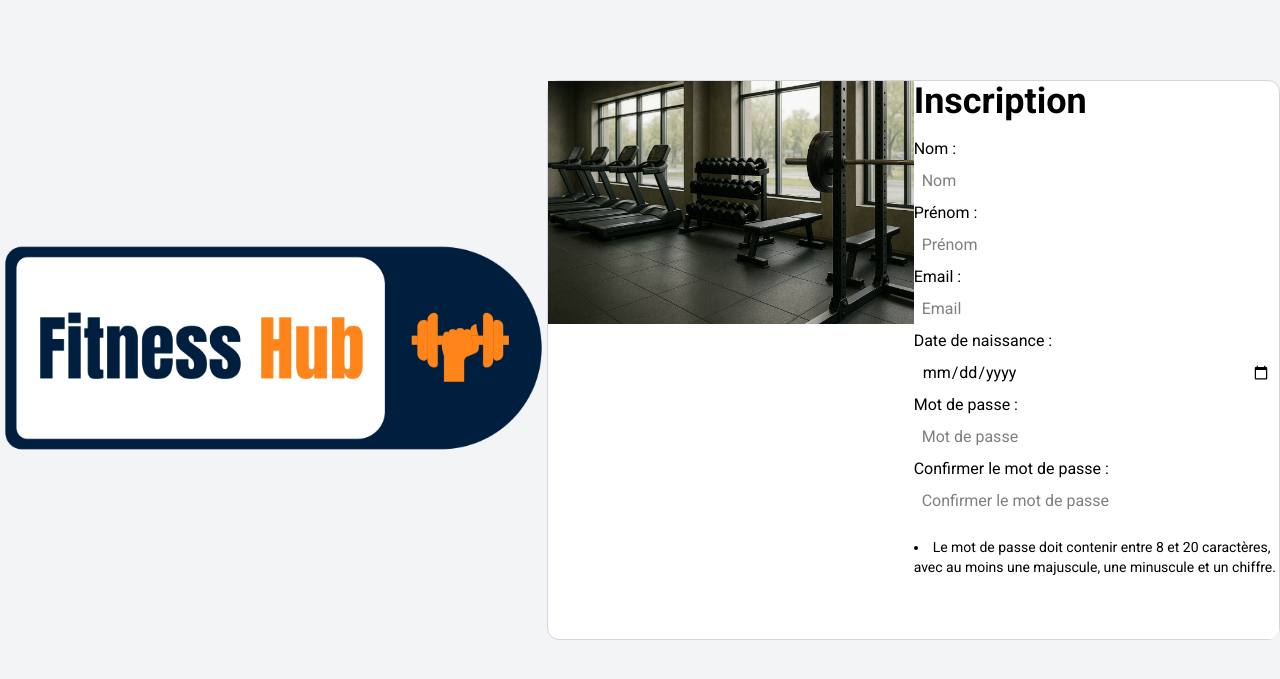
Repository: fahchouchsm/clubSportifWeb
Page: src/pages/inscription.html
These files come from the project's save history. The page is drawn as it stood at one moment and after the next save; the edit follows.
The browser window is 1280 px wide. The pictures show the whole page.

Above is the page before, as saved 2025-04-19 17:53:00.

### src/pages/inscription.html
<!doctype html>
<html lang="fr">
  <head>
    <meta charset="UTF-8" />
    <meta name="viewport" content="width=device-width, initial-scale=1.0" />
    <link href="../css/output.css" rel="stylesheet" />
    <link rel="stylesheet" href="../css/main.css" />
    <link rel="stylesheet" href="../css/style.css" />
    <title>Inscription</title>
  </head>
  <body>
    <div
      class="flex h-screen w-screen items-center justify-center bg-gray-100 px-24"
    >
      <a href="#" class="mb-6 text-2xl font-semibold text-gray-900">
        <img
          class="max-w-64"
          src="../public/logo/png/logo-no-background.png"
          alt="logo"
        />
      </a>
      <main
        class="mx-auto flex rounded-xl border border-gray-300 bg-white shadow-lg shadow-gray-400"
      >
        <img
          src="../public/imgs/salleInterieur.jpeg"
          class="h-full w-1/2 rounded-s-lg object-cover"
          alt="Image salle"
        />

        <form
          action="../php/inscription.php"
          method="post"
          class="flex w-1/2 flex-col gap-4 px-8 pt-8"
        >
          <h1 class="text-4xl font-bold">Inscription</h1>

          <!-- inputs -->
          <div class="grid w-full grid-cols-2 gap-4">
            <!-- Nom -->
            <div>
              <label for="nom">Nom :</label>
              <input
                class="input-style"
                type="text"
                name="nom"
                id="nom"
                placeholder="Nom"
                pattern="[a-zA-Z ]{3,30}"
                required
              />
            </div>

            <!-- Prénom -->
            <div>
              <label for="prenom">Prénom :</label>
              <input
                type="text"
                class="input-style"
                name="prenom"
                placeholder="Prénom"
                pattern="[a-zA-Z ]{3,30}"
                id="prenom"
                required
              />
            </div>

            <!-- Email -->
            <div>
              <label for="email">Email :</label>
              <input
                type="email"
                class="input-style"
                name="email"
                placeholder="Email"
                id="email"
                pattern="[a-zA-Z0-9._%+-]+@[a-zA-Z0-9.-]+\.[a-zA-Z]{2,}"
                required
              />
            </div>

            <!-- Date de naissance -->
            <div>
              <label for="date_naissance">Date de naissance :</label>
              <input
                type="date"
                class="input-style"
                name="date_naissance"
                id="date_naissance"
                required
              />
            </div>

            <!-- Mot de passe -->
            <div>
              <label for="pass">Mot de passe :</label>
              <input
                class="input-style"
                type="password"
                name="motdepasse"
                id="pass"
                placeholder="Mot de passe"
                pattern="^(?=.*[a-z])(?=.*[A-Z])(?=.*\d).{8,20}$"
                required
              />
            </div>

            <!-- Confirmation mot de passe -->
            <div>
              <label for="confPass">Confirmer le mot de passe :</label>
              <input
                type="password"
                class="input-style"
                placeholder="Confirmer le mot de passe"
                pattern="^(?=.*[a-z])(?=.*[A-Z])(?=.*\d).{8,20}$"
                id="confPass"
                required
              />
            </div>
          </div>

          <!-- 🤓 Tips -->
          <span class="text-sm text-gray-500">
            <li>
              Le mot de passe doit contenir entre 8 et 20 caractères, avec au
              moins une majuscule, une minuscule et un chiffre.
            </li>
          </span>

          <span class="text-sm text-red-500" id="passwordError">
            Les mots de passe ne correspondent pas.
          </span>

          <button
            type="submit"
            class="mt-2 ml-auto rounded bg-gray-700 px-4 py-2 text-white hover:bg-gray-800"
          >
            S'inscrire
          </button>
        </form>
      </main>
    </div>

    <script>
      document.addEventListener("DOMContentLoaded", () => {
        const form = document.querySelector("form");
        const passInput = document.getElementById("pass");
        const confPassInput = document.getElementById("confPass");
        const errorSpan = document.getElementById("passwordError");

        errorSpan.style.display = "none";

        form.addEventListener("submit", (e) => {
          if (passInput.value !== confPassInput.value) {
            e.preventDefault();
            errorSpan.style.display = "inline";
          } else {
            errorSpan.style.display = "none";
          }
        });
      });
    </script>

    <script src="../js/style.js"></script>
  </body>
</html>

### src/css/main.css
@import url("https://fonts.googleapis.com/css2?family=Roboto:wght@400;700&display=swap");

body {
  font-family: "Roboto", sans-serif;
}

### src/css/style.css
/* styles.css */
.input-style {
  @apply block w-full rounded-lg border-2 border-gray-300 p-2 focus:border-blue-500 focus:outline-none;
}

Loaded but not shown: src/js/style.js (39 lines, source omitted); src/css/output.css (1058 lines, source omitted)

After the next save:
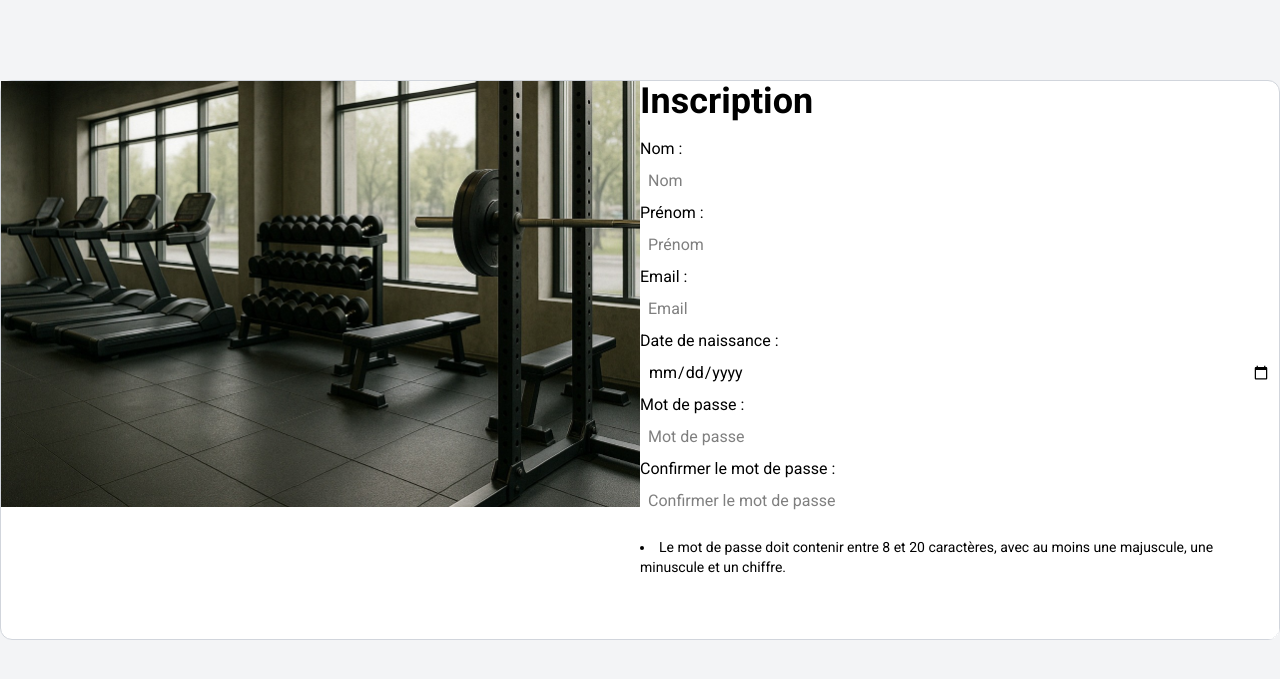
Saved 8 s later.
--- a/src/pages/inscription.html
+++ b/src/pages/inscription.html
@@ -12,13 +12,6 @@
     <div
       class="flex h-screen w-screen items-center justify-center bg-gray-100 px-24"
     >
-      <a href="#" class="mb-6 text-2xl font-semibold text-gray-900">
-        <img
-          class="max-w-64"
-          src="../public/logo/png/logo-no-background.png"
-          alt="logo"
-        />
-      </a>
       <main
         class="mx-auto flex rounded-xl border border-gray-300 bg-white shadow-lg shadow-gray-400"
       >
